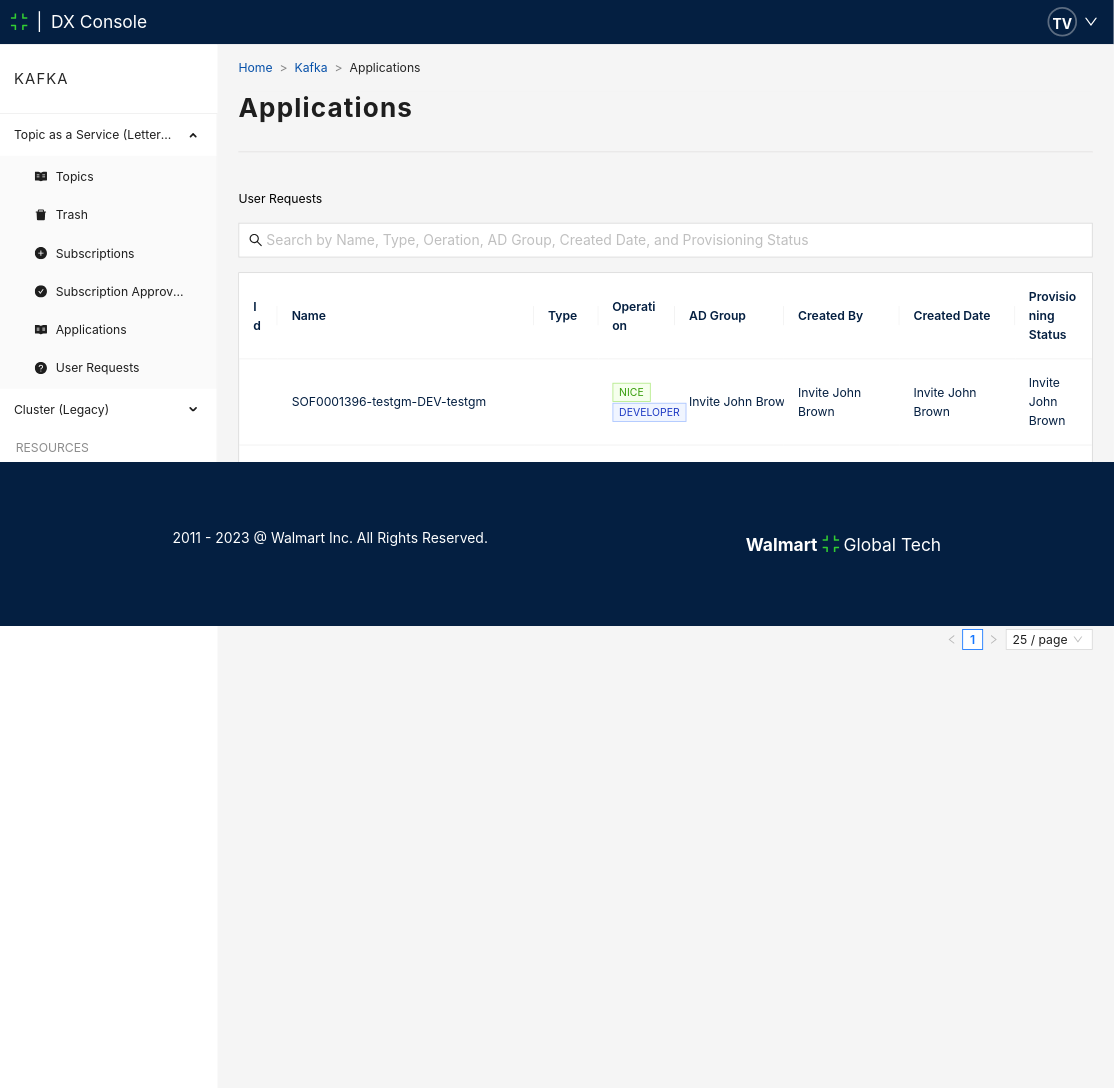
Repository: Qianying-Chai/kafka
Page: /kafka/requests
The author's editor kept a copy of each file at every save. The page is drawn from the files as they stood at one save, then again after the next save.
The browser window is 1280 px wide. The pictures show the whole page, at 87% of full size.
The project was rebuilt for these pictures with package versions that can differ from the ones it lists, and the page was loaded fresh each time. Also part of the build but not shown: src/pages/Components/ComponentsContent.jsx, src/pages/Taas/Topics/Topics.jsx, src/pages/Taas/Trash/Style/Trash.css, src/pages/Taas/Trash/Trash.jsx, src/pages/Taas/SubscriptionApprovals/SubscriptionApprovals.jsx, src/pages/Taas/Subscriptions/SubscriptionsNonProxy/SubscriptionsNonProxy.jsx, src/pages/Taas/Subscriptions/SubscriptionsProxy/SubscriptionsProxy.jsx, src/pages/Taas/Applications/Applications.jsx and 7 more.

Above is the page before, as saved 2024-01-12 22:50:37.

After the next save:
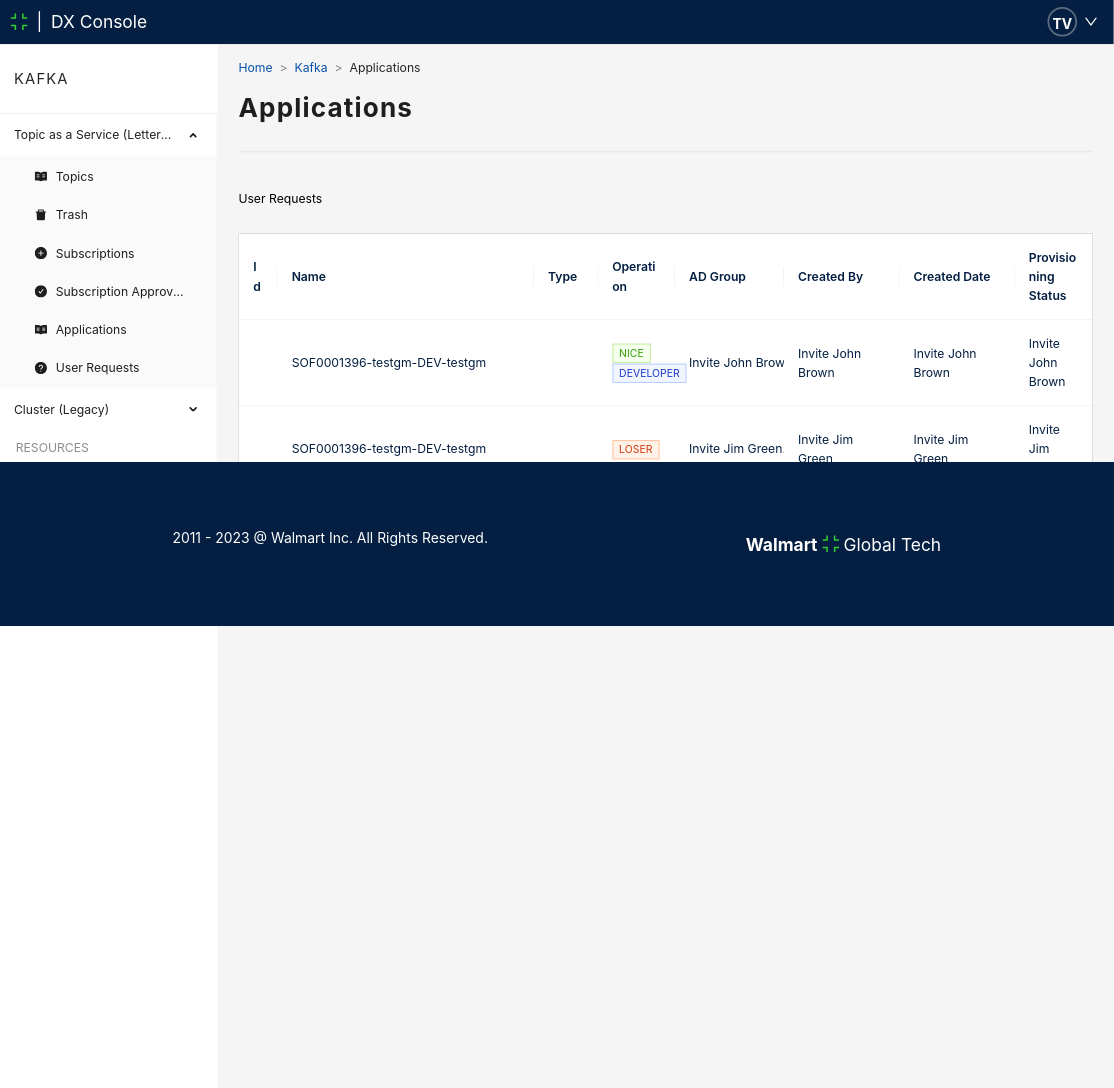
Saved 70 s later.
--- a/src/pages/Taas/UserRequests/UserRequests.jsx
+++ b/src/pages/Taas/UserRequests/UserRequests.jsx
@@ -145,11 +145,6 @@
       </div>
       {/* <ComponentsTi title={categoryConstants.USER_REQUESTS}> */}
       <p className="content-text">User Requests</p>
-      <ComponentsInput
-        placeholder={
-          "Search by Name, Type, Oeration, AD Group, Created Date, and Provisioning Status"
-        }
-      />
       <ComponentsTable columns={columns} data={data} />
       <ComponentsPagination defaultPageSize={25} total={25} />
       {/* </ComponentsTi> */}
